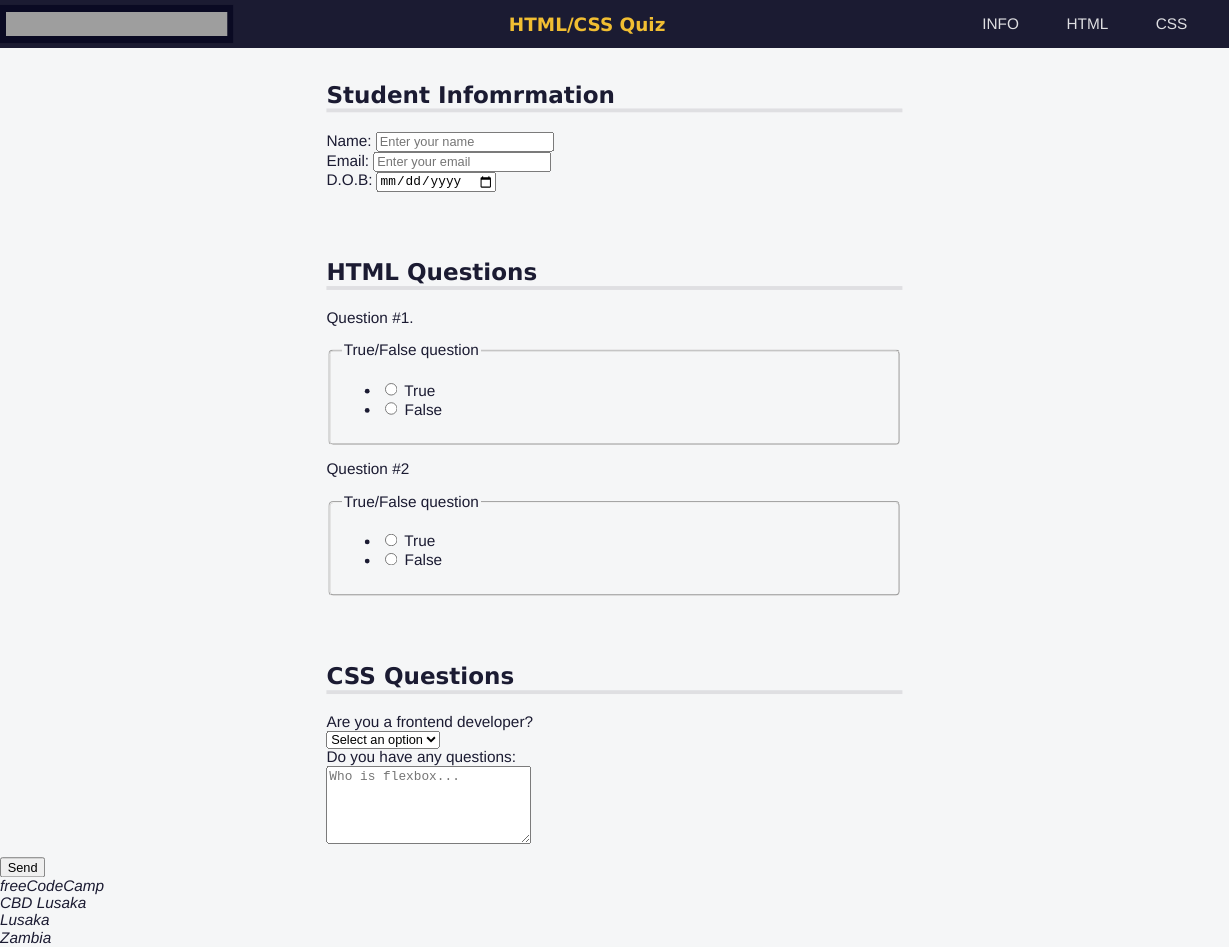
Repository: Lungdjos/accessibility_build_quiz
Page: index.html
An editor plug-in stored every save of this project. The page is shown before and after a run of saves, followed by the edit.
The browser window is 1280 px wide. The pictures show the whole page, at 96% of full size.
Pictures or frames that could not be fetched are drawn as grey boxes.

Above is the page before, as saved 2023-10-29 23:14:48.

After the next 4 saves:
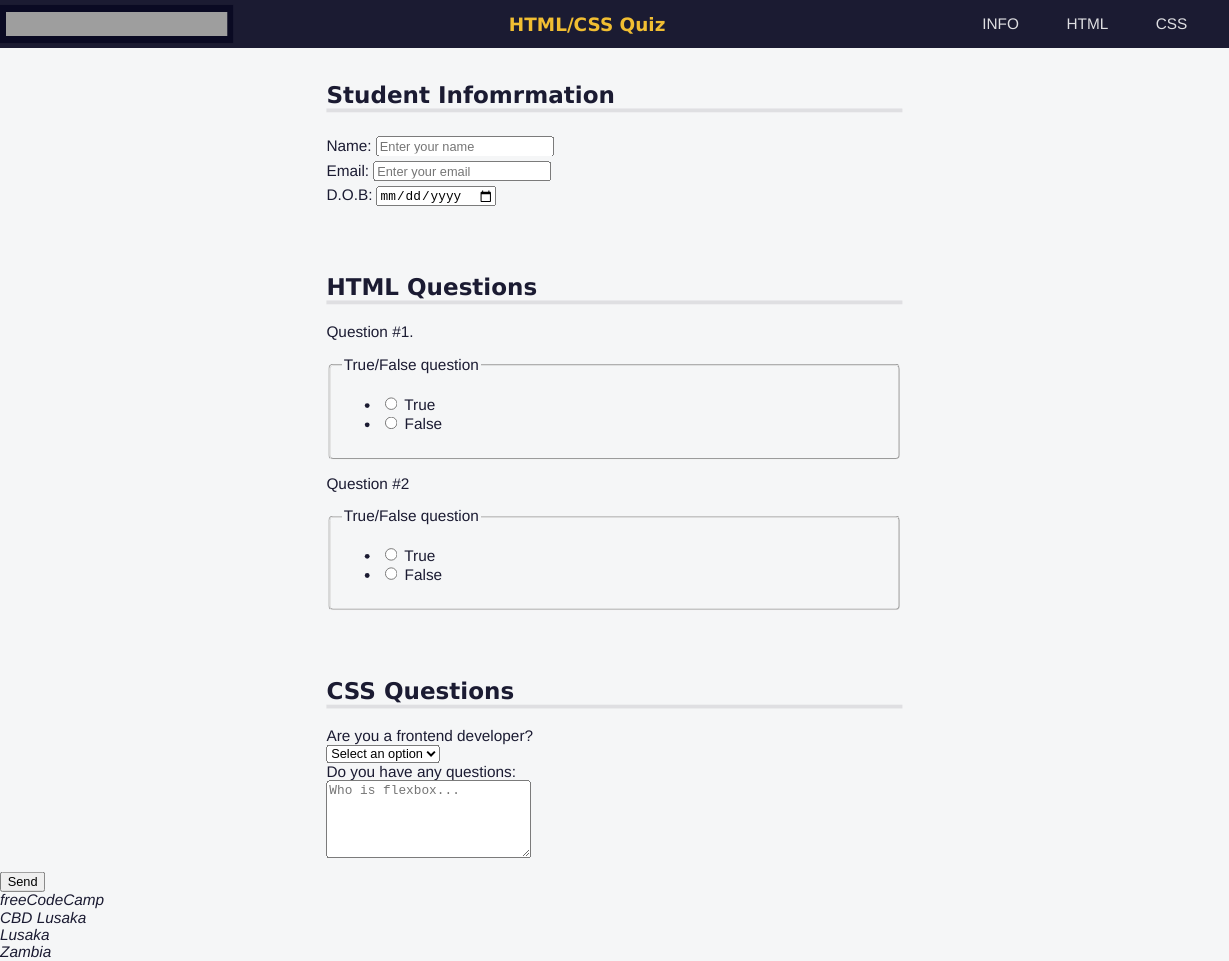
The 4 saves are shown as one change because they came seconds apart.
The last was saved 30 s later.
--- a/styles.css
+++ b/styles.css
@@ -110,5 +110,5 @@ fieldset {
 }
 
 .info {
-    padding: ;
+    padding: 5px 0 0;
 }
